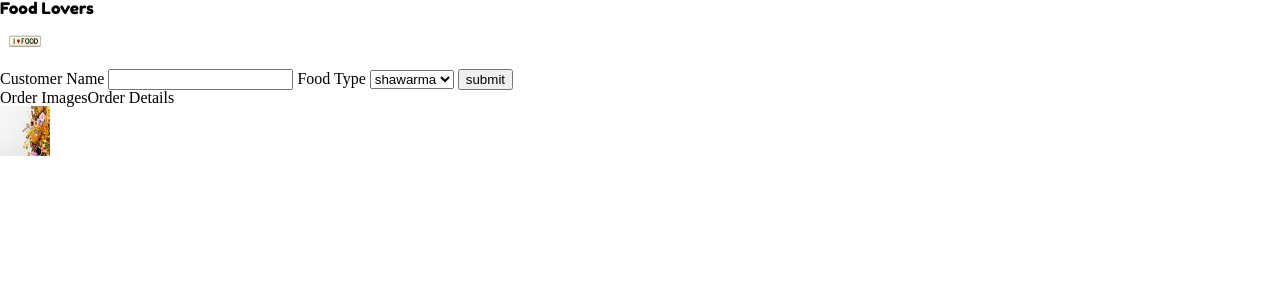
Repository: Razan-am/foodLovers
Page: index.html
The author's editor kept a copy of each file at every save. The page is drawn from the files as they stood at one save, then again after a run of saves.
The browser window is 1280 px wide. The pictures show the whole page.

Above is the page before, as saved 2021-06-01 10:57:02.

After the next 3 saves:
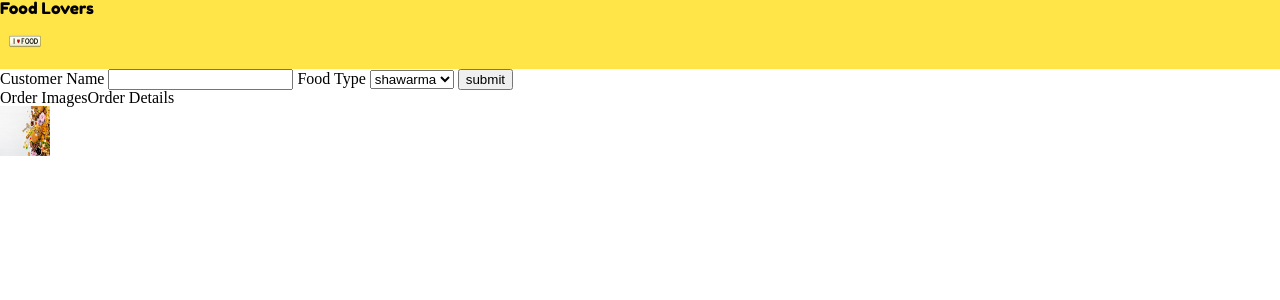
The 3 saves are shown as one change because they came seconds apart.
The last was saved 25 s later.
--- a/css/style.css
+++ b/css/style.css
@@ -1,3 +1,6 @@
+header{
+    background-color: rgba(255, 229, 72, 255);
+}
 h1{
     font-family: 'Fredoka One', cursive;
 }
